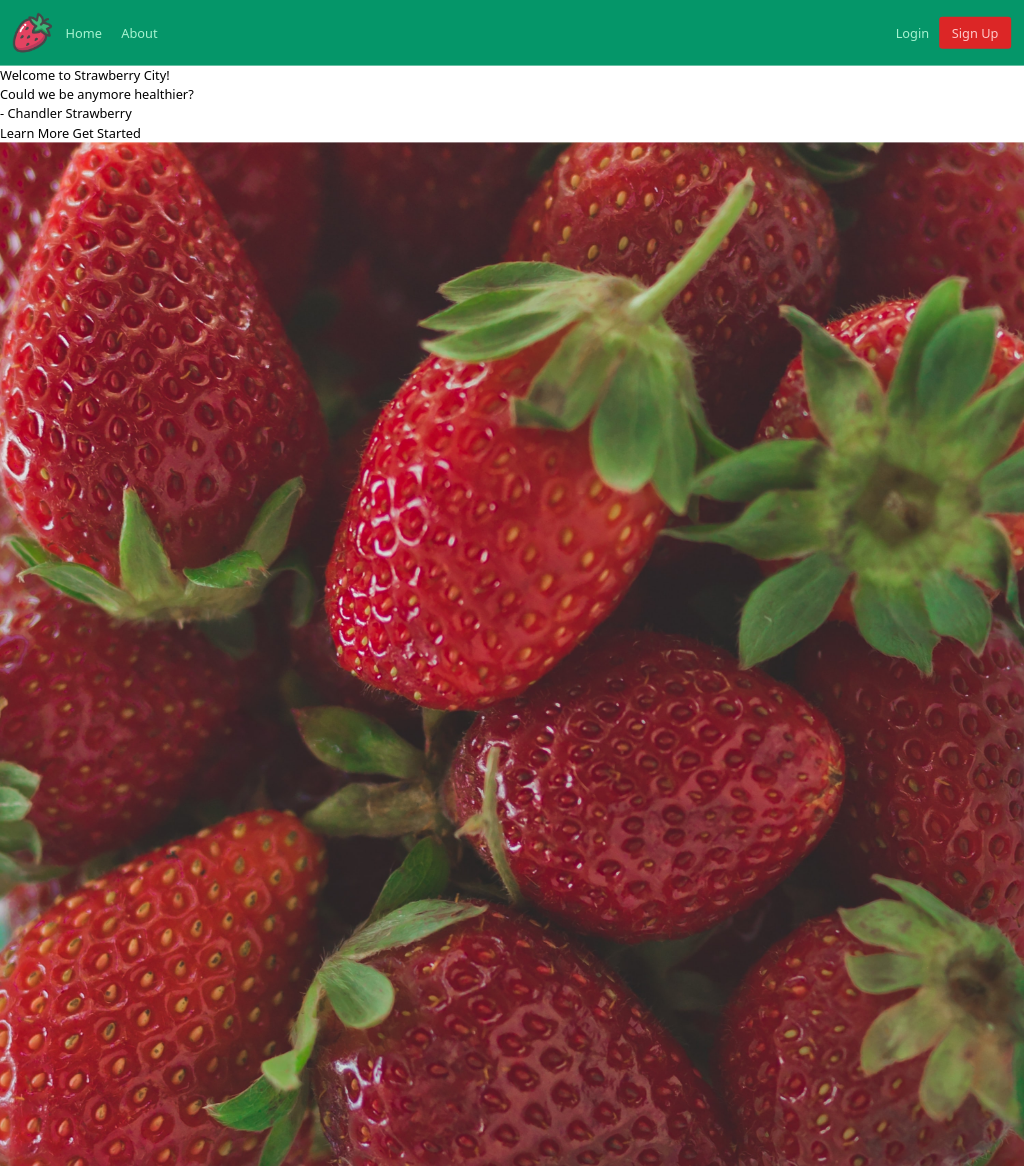
Repository: DaNiels89/tailwind-stawberries
Page: index.html
These files come from the project's save history. The page is drawn as it stood at one moment and after the next save; the edit follows.
The browser window is 1280 px wide. The pictures show the whole page, at 80% of full size.

Above is the page before, as saved 2020-08-24 13:41:16.

### index.html
<!DOCTYPE html>
<html lang="en">
  <head>
    <meta charset="UTF-8" />
    <meta name="viewport" content="width=device-width, initial-scale=1.0" />
    <title>Website with Tailwind</title>
    <link
      href="https://unpkg.com/tailwindcss@^1.0/dist/tailwind.min.css"
      rel="stylesheet"
    />
  </head>
  <body>
    <header class="bg-green-600 p-4">
      <nav class="flex justify-between items-center">
        <div class="flex items-center">
          <img
            src="img/strawberry-icon.png"
            alt="Strawberry logo"
            class="mr-2"
            width="50"
          />
          <a
            href="#"
            class="inline-block p-2 text-green-200 hover:text-green-100 mr-2"
            >Home</a
          >
          <a
            href="#"
            class="inline-block p-2 text-green-200 hover:text-green-100"
            >About</a
          >
        </div>
        <div class="">
          <a
            href="#"
            class="inline-block p-2 text-green-200 hover:text-green-100"
            >Login</a
          >
          <a
            href="#"
            class="inline-block py-2 px-4 text-red-200 bg-red-600 rounded hover:text-red-100 hover:bg-red-500 transition ease-in duration-150"
            >Sign Up</a
          >
        </div>
      </nav>
    </header>
    <main class="">
      <div>
        <div>
          <h1 class="">Welcome to Strawberry City!</h1>
          <p class="">Could we be anymore healthier?</p>
          <p class="">- Chandler Strawberry</p>

          <a href="#" class="">Learn More</a>
          <a href="#" class="">Get Started</a>
        </div>
        <div>
          <img src="img/strawberry.jpg" alt="Strawberries" class="w-full" />
        </div>
      </div>
    </main>
    <footer class=""></footer>
  </body>
</html>

After the next save:
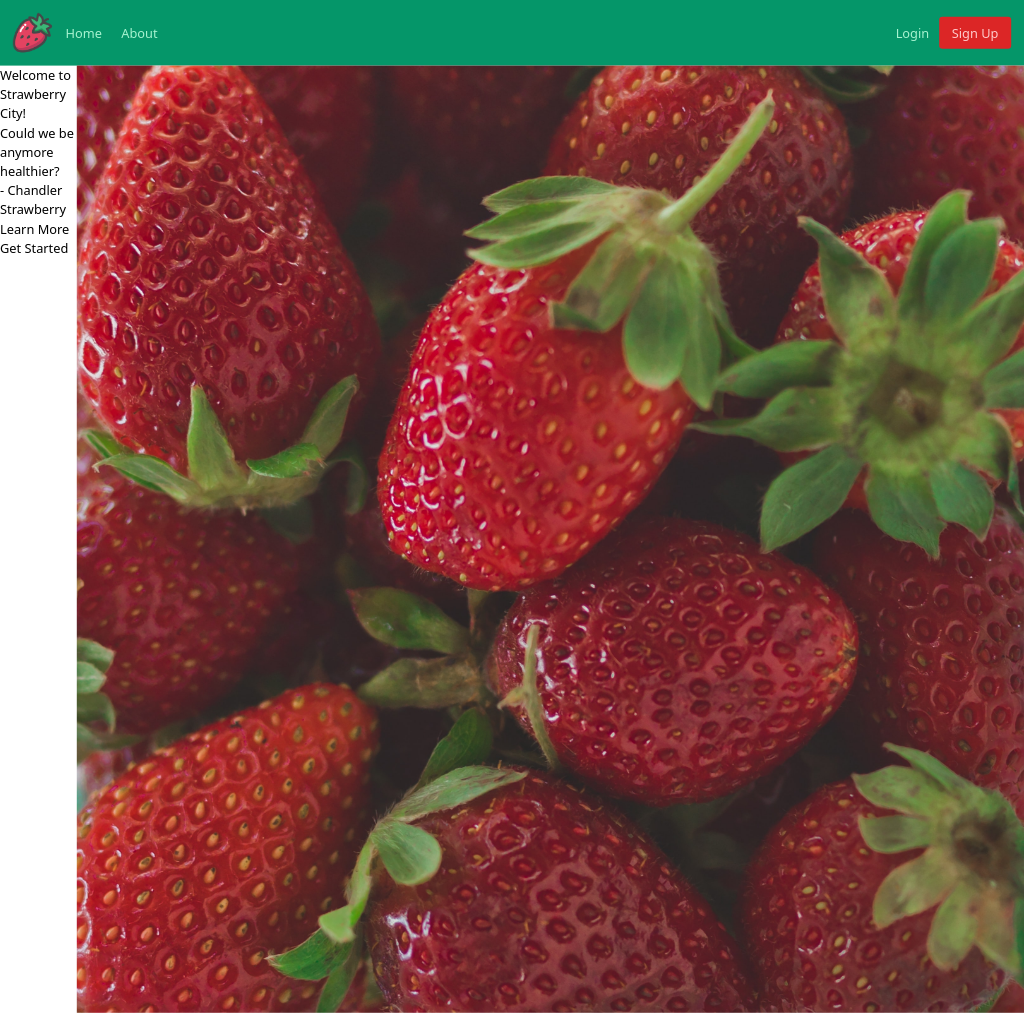
Saved 31 s later.
--- a/index.html
+++ b/index.html
@@ -45,8 +45,8 @@
       </nav>
     </header>
     <main class="">
-      <div>
-        <div>
+      <div class="flex">
+        <div class="">
           <h1 class="">Welcome to Strawberry City!</h1>
           <p class="">Could we be anymore healthier?</p>
           <p class="">- Chandler Strawberry</p>
@@ -54,7 +54,7 @@
           <a href="#" class="">Learn More</a>
           <a href="#" class="">Get Started</a>
         </div>
-        <div>
+        <div class="">
           <img src="img/strawberry.jpg" alt="Strawberries" class="w-full" />
         </div>
       </div>
